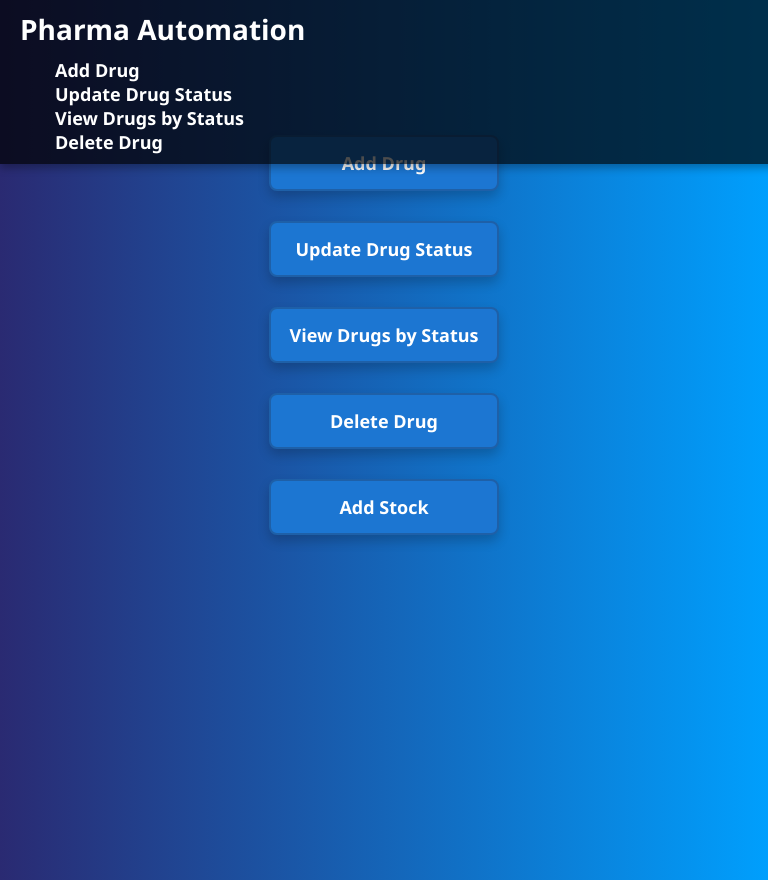
Repository: Clarrieous/Infosys-intern
Page: http://localhost/index
These files come from the project's save history. The page is drawn as it stood at one moment and after the next save; the edit follows.
The browser window is 768 px wide. The pictures show the whole page.
The page is this project's Thymeleaf template; nobody is signed in. The template is opened directly, without the code that normally fills it, so the values that code supplies are empty.

Above is the page before, as saved 2024-12-08 12:27:27.

### ClientService/src/main/resources/templates/index.html
<!DOCTYPE html>
<html xmlns:th="http://www.thymeleaf.org">
<head>
    <meta charset="UTF-8">
    <meta name="viewport" content="width=device-width, initial-scale=1.0">
    <title>Pharma Automation System</title>
    <style>
        body {
            font-family: 'Segoe UI', Tahoma, Geneva, Verdana, sans-serif;
            margin: 0;
            padding: 0;
            background: linear-gradient(to right, #2a2a72, #009ffd);
            color: #fff;
            height: 100vh;
            display: flex;
            flex-direction: column;
            align-items: center;
            padding-top: 80px; /* Added space for the fixed navbar */
        }

        .navbar {
            width: 100%;
            position: fixed; /* Fix the navbar to the top */
            top: 0;
            left: 0;
            display: flex;
            justify-content: space-between;
            align-items: center;
            padding: 20px 40px;
            background-color: rgba(0, 0, 0, 0.7);
            box-shadow: 0 4px 8px rgba(0, 0, 0, 0.3);
            z-index: 1000; /* Ensure navbar stays on top */
        }

        .navbar h1 {
            margin: 0;
            font-size: 28px;
            font-weight: bold;
            color: #fff;
        }

        .navbar ul {
            list-style-type: none;
            margin: 0;
            padding: 0;
            display: flex;
        }

        .navbar ul li {
            margin-left: 20px;
        }

        .navbar ul li a {
            color: white;
            text-decoration: none;
            font-size: 18px;
            font-weight: 600;
            transition: color 0.3s;
            padding: 10px 15px;
            border-radius: 4px;
        }

        .navbar ul li a:hover {
            background-color: #1873b7;
            color: white;
        }

        .button-list {
            display: flex;
            flex-direction: column;
            justify-content: center;
            align-items: center;
            margin-top: 40px;
        }

        .button-list a {
            display: block;
            width: 220px;
            text-align: center;
            padding: 16px;
            margin: 15px 0;
            font-size: 20px;
            font-weight: bold;
            color: #fff;
            background-color: #1c76d2;
            text-decoration: none;
            border: 2px solid #1e60a8;
            border-radius: 8px;
            transition: all 0.3s ease;
            box-shadow: 0 6px 12px rgba(0, 0, 0, 0.2);
        }

        .button-list a:hover {
            background-color: #1873b7;
            color: white;
            transform: translateY(-5px);
            box-shadow: 0 8px 16px rgba(0, 0, 0, 0.3);
        }

        @media (max-width: 768px) {
            .navbar {
                flex-direction: column;
                align-items: flex-start;
                padding: 10px 20px;
            }

            .navbar ul {
                flex-direction: column;
                align-items: flex-start;
                margin-top: 10px;
            }

            .button-list a {
                width: 90%;
                font-size: 18px;
                padding: 14px;
            }
        }
    </style>
</head>
<body>

    <div class="navbar">
        <h1>Pharma Automation</h1>
        <ul>
            <li><a th:href="@{/addDrug}">Add Drug</a></li>
            <li><a th:href="@{/updateStatus}">Update Drug Status</a></li>
            <li><a th:href="@{/viewDrugStatus}">View Drugs by Status</a></li>
            <li><a th:href="@{/deleteDrug}">Delete Drug</a></li>
        </ul>
    </div>

    <div class="button-list">
        <a th:href="@{/addDrug}">Add Drug</a>
        <a th:href="@{/updateStatus}">Update Drug Status</a>
        <a th:href="@{/viewDrugStatus}">View Drugs by Status</a>
        <a th:href="@{/deleteDrug}">Delete Drug</a>
        <a th:href="@{/addStock}">Add Stock</a>
    </div>

</body>
</html>

After the next save:
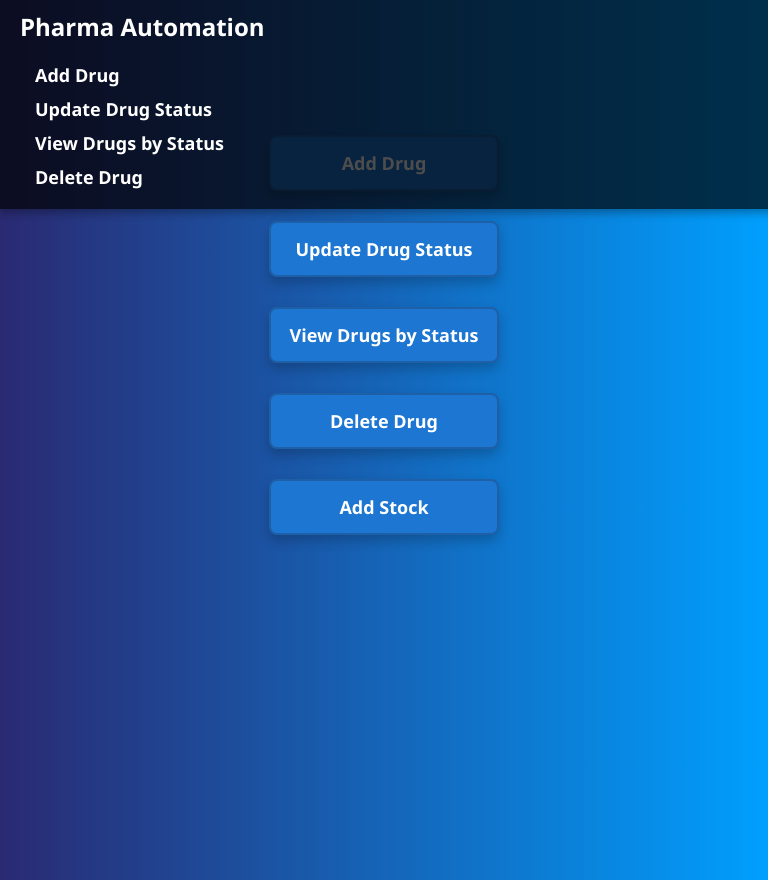
Saved 97 s later.
--- a/ClientService/src/main/resources/templates/index.html
+++ b/ClientService/src/main/resources/templates/index.html
@@ -30,6 +30,7 @@
             background-color: rgba(0, 0, 0, 0.7);
             box-shadow: 0 4px 8px rgba(0, 0, 0, 0.3);
             z-index: 1000; /* Ensure navbar stays on top */
+            flex-wrap: wrap; /* Allow wrapping on smaller screens */
         }
 
         .navbar h1 {
@@ -44,6 +45,7 @@
             margin: 0;
             padding: 0;
             display: flex;
+            flex-wrap: wrap; /* Ensure items wrap on small screens */
         }
 
         .navbar ul li {
@@ -104,10 +106,20 @@
                 padding: 10px 20px;
             }
 
+            .navbar h1 {
+                font-size: 24px;
+                margin-bottom: 10px;
+            }
+
             .navbar ul {
                 flex-direction: column;
                 align-items: flex-start;
                 margin-top: 10px;
+            }
+
+            .navbar ul li {
+                margin-left: 0;
+                margin-bottom: 10px;
             }
 
             .button-list a {
